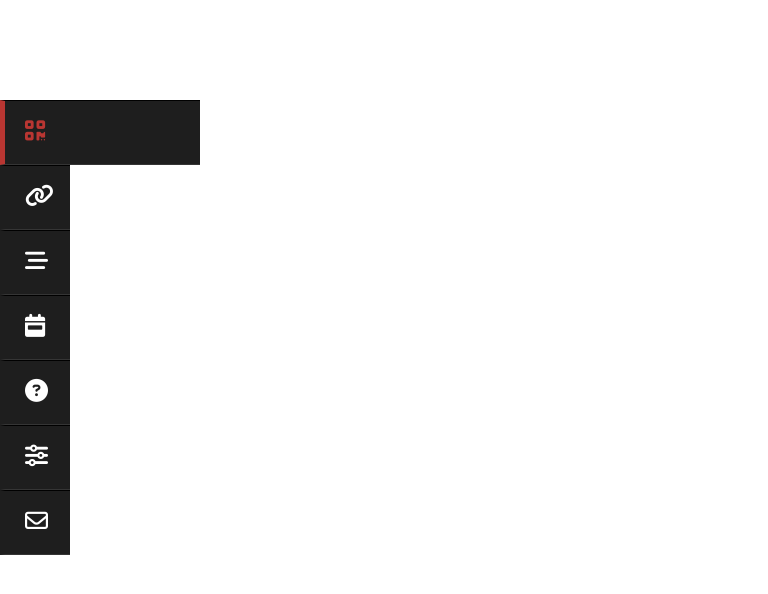
Repository: Alex-Serky/Dossier-Nav
Page: Nav-Responsive/index.html
An editor plug-in stored every save of this project. The page is shown before and after the next save, followed by the edit.
The browser window is 768 px wide. The pictures show the whole page.
The pointer rests on the first visible `.sidebar a`.
Some web fonts or font styles are not loaded; a fallback is used. Some web libraries are served in a nearby version.

Above is the page before, as saved 2020-02-22 01:26:53.

After the next save:
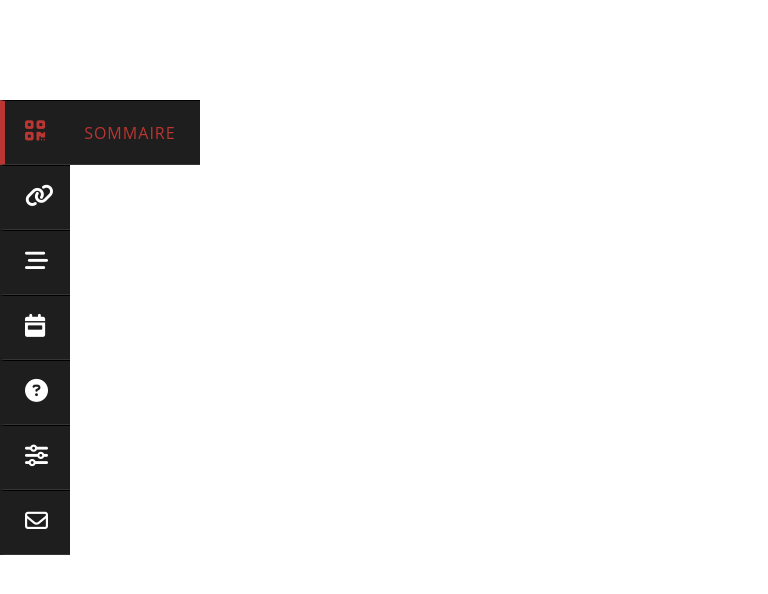
Saved 114 s later.
--- a/Nav-Responsive/style.css
+++ b/Nav-Responsive/style.css
@@ -126,4 +126,9 @@ label #cancel {
         width: 200px;
         background: inherit;
     }
+
+    .sidebar a:hover span {
+        opacity: 1;
+        visibility: visible;
+    }
 }
